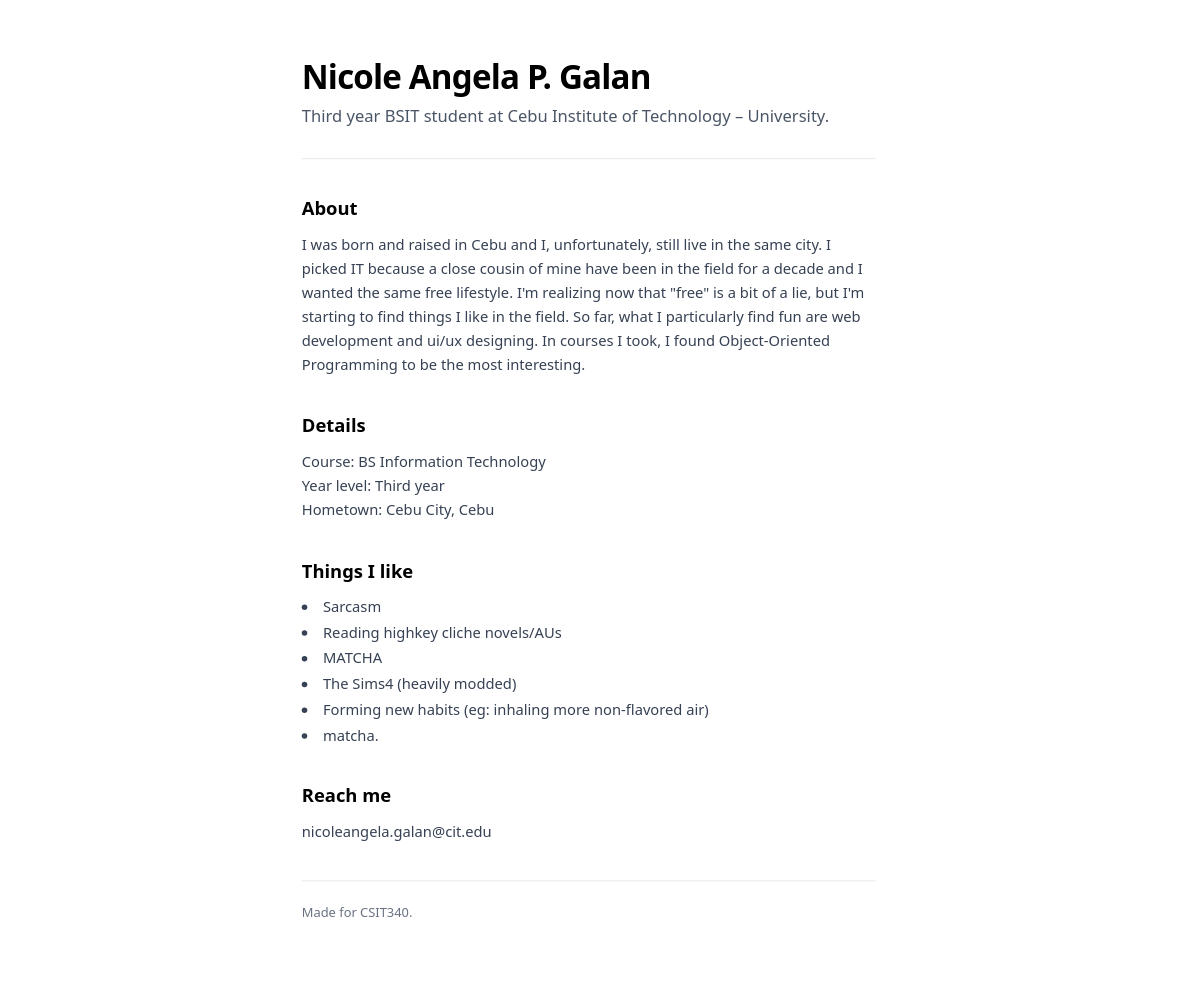
Repository: nicole-galan/CSIT340-Lab1-Galan
Page: /
An editor plug-in stored every save of this project. The page is shown before and after the next save, followed by the edit.
The browser window is 1280 px wide. The pictures show the whole page, at 92% of full size.
The project was rebuilt for these pictures with package versions that can differ from the ones it lists, and the page was loaded fresh each time. Also part of the build but not shown: vite.config.js.

Above is the page before, as saved 2026-09-04 16:56:01.

After the next save:
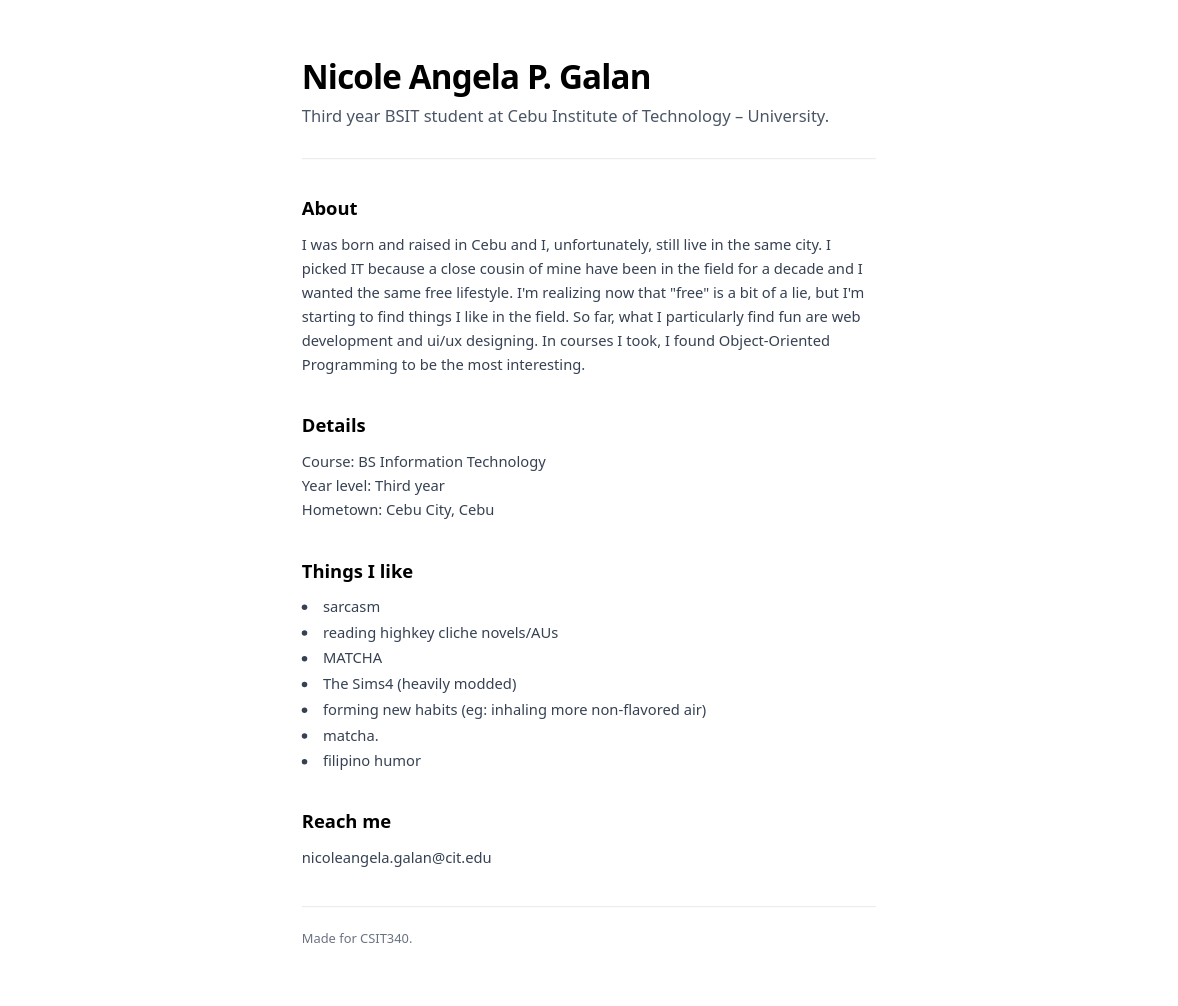
Saved 29 s later.
--- a/src/App.jsx
+++ b/src/App.jsx
@@ -36,12 +36,13 @@ function App() {
         <section className="mb-10">
           <h2 className="text-xl font-semibold mb-3">Things I like</h2>
           <ul className="list-disc list-inside space-y-1 text-gray-700">
-            <li>Sarcasm</li>
-            <li>Reading highkey cliche novels/AUs</li>
+            <li>sarcasm</li>
+            <li>reading highkey cliche novels/AUs</li>
             <li>MATCHA</li>
             <li>The Sims4 (heavily modded)</li>
-            <li>Forming new habits (eg: inhaling more non-flavored air)</li>
+            <li>forming new habits (eg: inhaling more non-flavored air)</li>
             <li>matcha.</li>
+            <li>filipino humor</li>
           </ul>
         </section>
 
